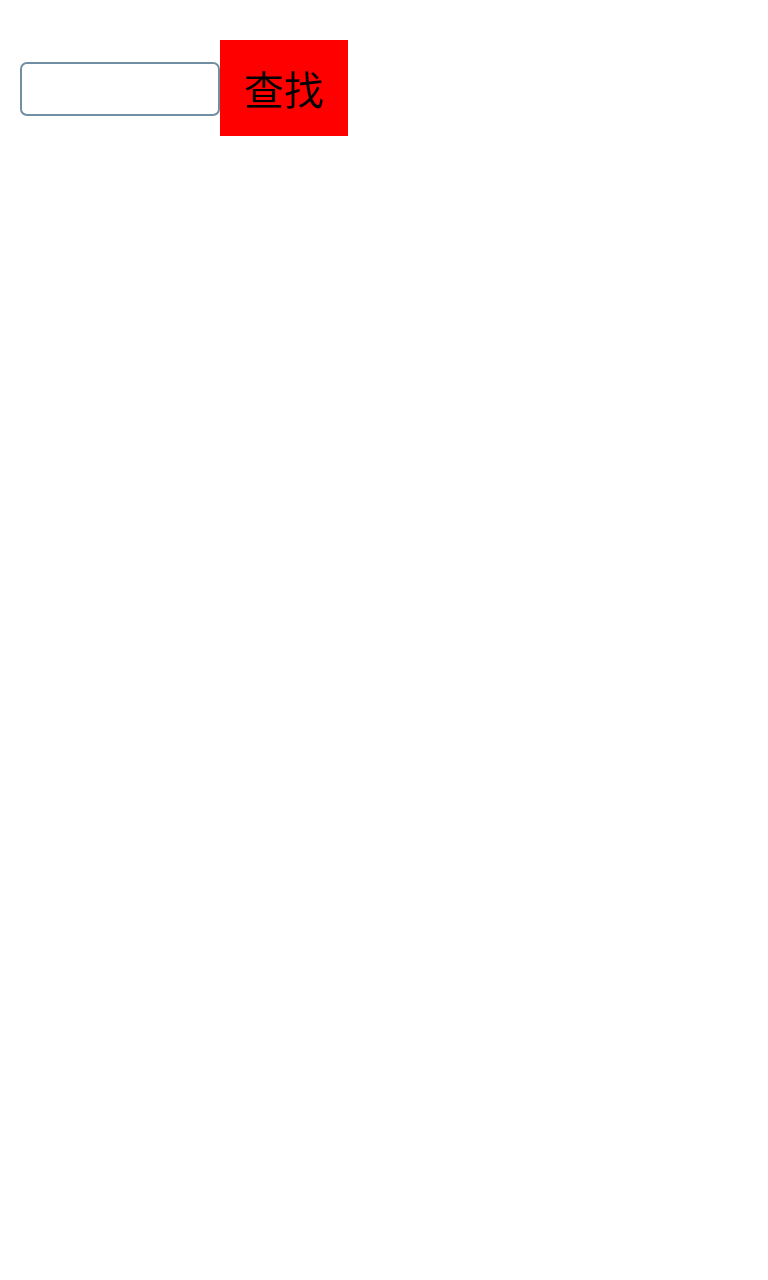
Repository: 15862175370/MyProject
Layout: 毕业设计系统源码_李伟/client/TeachSystem/res/layout/serchteacher.xml
These files come from the project's save history. The layout is drawn as it stood at one moment and after the next save; the edit follows.
It is drawn on a 768 x 1280 px phone screen (xhdpi) without system bars, with theme AppTheme; the app's code is not run.

Above is the layout before, as saved 2016-05-20 10:03:58.

### 毕业设计系统源码_李伟/client/TeachSystem/res/layout/serchteacher.xml
<?xml version="1.0" encoding="utf-8"?>
<LinearLayout xmlns:android="http://schemas.android.com/apk/res/android"
    android:layout_width="match_parent"
    android:layout_height="match_parent"
    android:orientation="vertical" >

<LinearLayout
     android:id="@+id/cno"
      android:layout_width="match_parent"
        android:layout_height="wrap_content"
        android:orientation="horizontal"
        android:layout_marginTop="20dp"
        >

        <EditText
            android:layout_marginLeft="10dp"
            android:id="@+id/myteacher_tname"
         android:layout_width="100dp"
         android:layout_height="wrap_content"
          android:textSize="20dp"
         android:background="@drawable/biankuang"
            />
      <Button

      android:layout_width="wrap_content"
      android:layout_height="wrap_content"
      android:text="查找"
      android:textSize="20dp"
      android:background="#ff0000"
        />
    </LinearLayout>


</LinearLayout>

### 毕业设计系统源码_李伟/client/TeachSystem/res/drawable/biankuang.xml
<?xml version="1.0" encoding="utf-8"?>
<shape xmlns:android="http://schemas.android.com/apk/res/android" >
     <solid android:color="#FFFFFF" />
    <corners android:radius="3dip"/>
    <stroke
        android:width="1dip"
        android:color="#728ea3" />

</shape>

Loaded but not shown: 毕业设计系统源码_李伟/client/TeachSystem/res/values/styles.xml (common file); 毕业设计系统源码_李伟/client/TeachSystem/res/values-v11/styles.xml (common file); 毕业设计系统源码_李伟/client/TeachSystem/res/values-v14/styles.xml (common file)

After the next save:
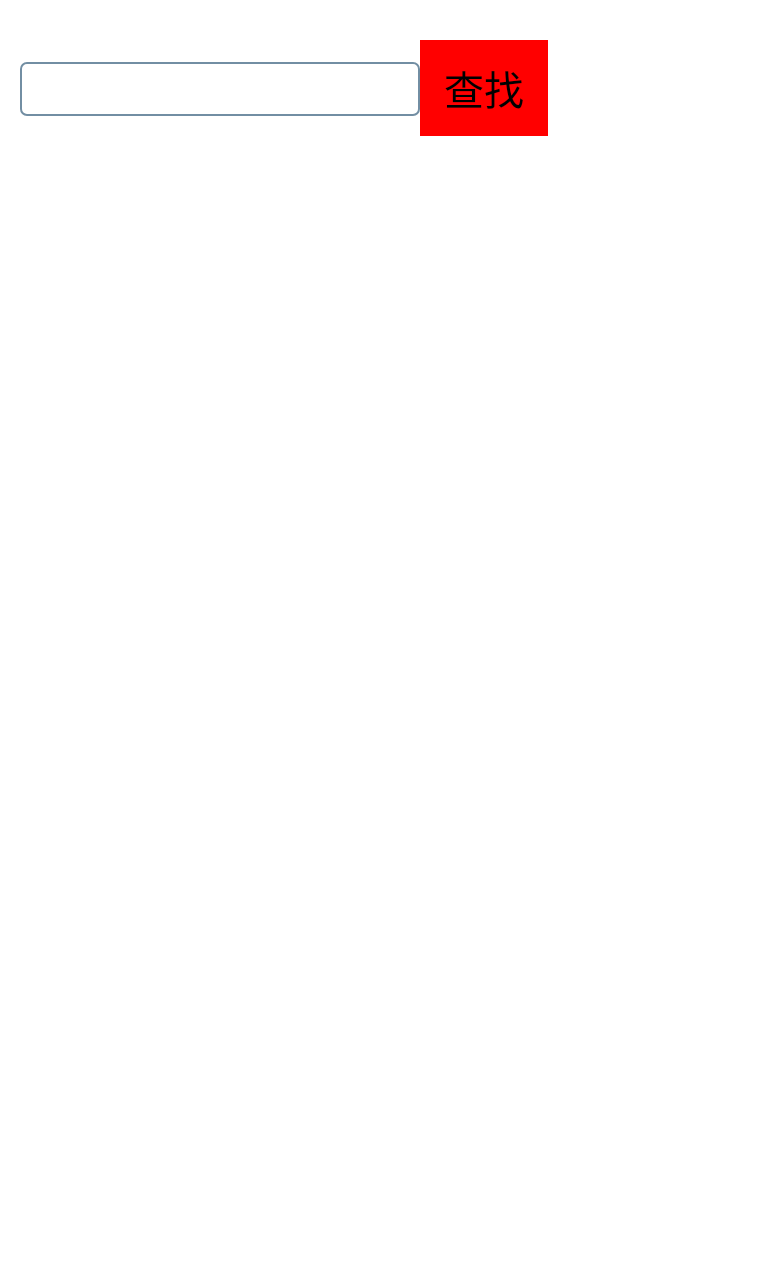
Saved 8 s later.
--- a/毕业设计系统源码_李伟/client/TeachSystem/res/layout/serchteacher.xml
+++ b/毕业设计系统源码_李伟/client/TeachSystem/res/layout/serchteacher.xml
@@ -15,7 +15,7 @@
         <EditText
             android:layout_marginLeft="10dp"
             android:id="@+id/myteacher_tname"
-         android:layout_width="100dp"
+         android:layout_width="200dp"
          android:layout_height="wrap_content"
           android:textSize="20dp"
          android:background="@drawable/biankuang"
